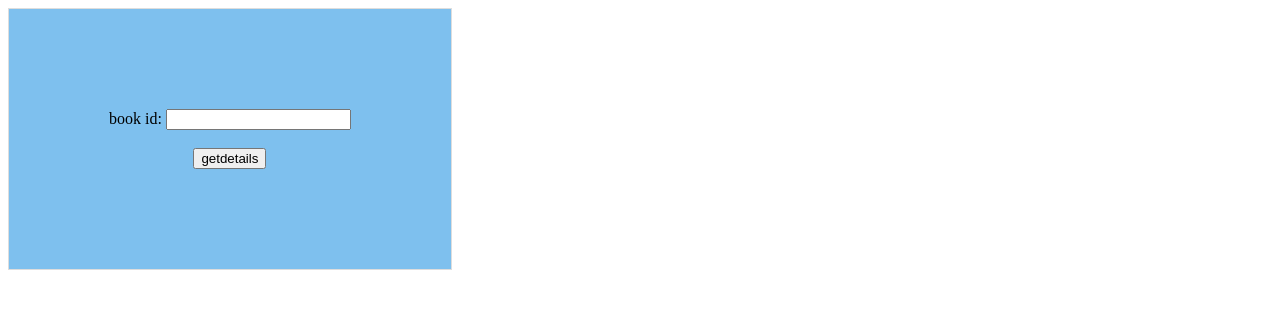
Repository: Saikumar6901/DBSTrainingModules
Page: http://localhost/Bookmanagement/updatefile.jsp
An editor plug-in stored every save of this project. The page is shown before and after the next save, followed by the edit.
The browser window is 1280 px wide. The pictures show the whole page.
The page is served by Tomcat 9.

Above is the page before, as saved 2019-08-12 15:17:43.

After the next save:
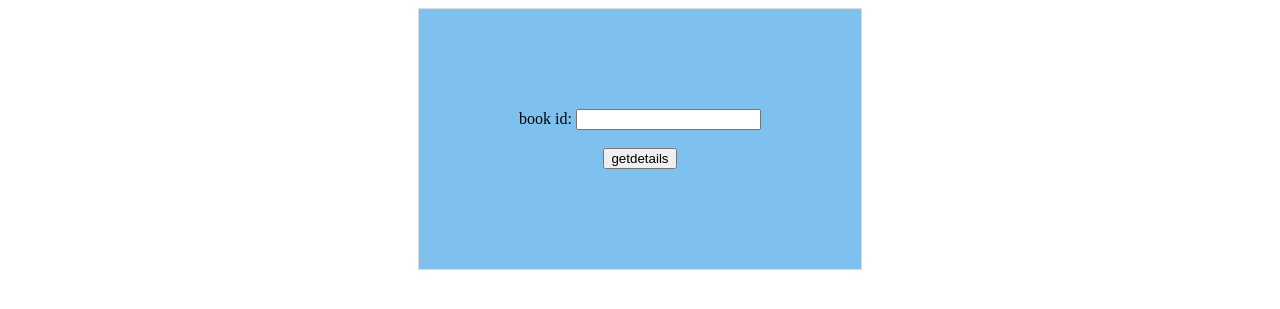
Saved 13 s later.
--- a/eclipse/Bookmanagement/WebContent/updatefile.jsp
+++ b/eclipse/Bookmanagement/WebContent/updatefile.jsp
@@ -6,7 +6,7 @@
 <meta charset="ISO-8859-1">
 <title>Insert title here</title>
 <style>
-.body { text-align: center; }
+body { text-align: center; }
 .updateform{
   border: 1px solid #dddddd;
   text-align: left;
